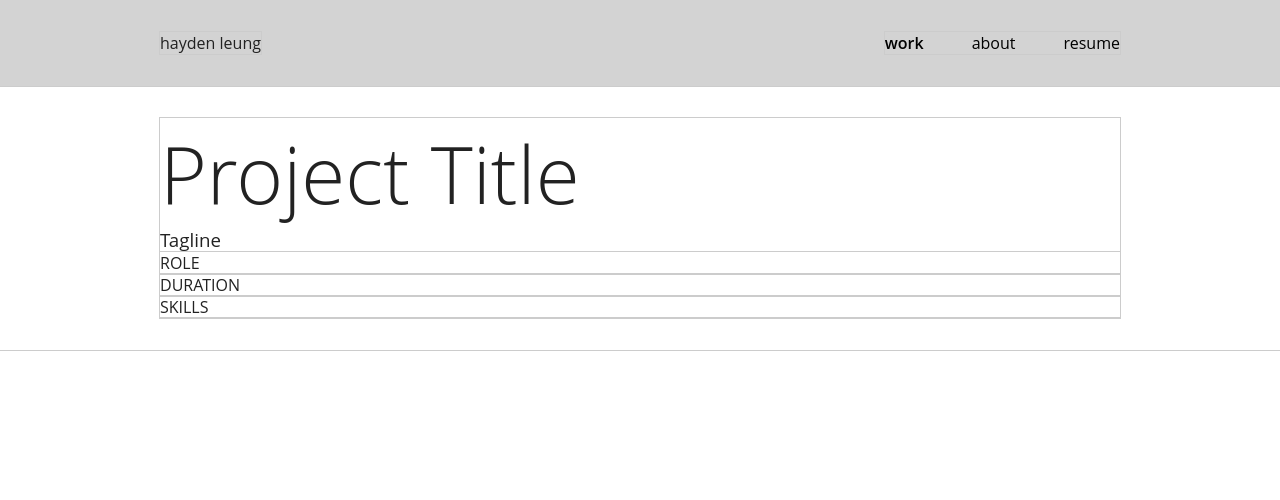
Repository: Haydenleung/Artifact
Page: /
The author's editor kept a copy of each file at every save. The page is drawn from the files as they stood at one save, then again after a run of saves.
The browser window is 1280 px wide. The pictures show the whole page.
The project was rebuilt for these pictures with package versions that can differ from the ones it lists, and the page was loaded fresh each time. The framework's server and built-in components were replaced by stand-ins that run in the browser. Also part of the build but not shown: next.config.mjs.

Above is the page before, as saved 2024-01-28 23:51:27.

### src/pages/index.tsx
import Image from "next/image";
import Navbar from "@/components/Navbar";
import CaseStudy from "@/components/CaseStudy";

export default function Home() {
  return (
    <main className={"page"}>
      <Navbar />
      <div className={"caseStudy"}>
        <CaseStudy />
      </div>
    </main>
  )
}

### src/styles/globals.css
/* ==========================================================================
    [Table of contents]

    1. BASE
        1.1 Page Rendering Defaults
        1.2 Core Styling
        1.3 Typography
    2. LAYOUT
        2.1 Core Layout
        2.2 Small only
        2.3 medium and up
        2.4 Medium only
        2.5 large screens and up
    3. UTILITY classes
    4. PRINT

    ========================================================================== */

/* ==========================================================================
   BASE
   ========================================================================== */

/* 1.1 Page Rendering Defaults */

html {
  color: #222;
  font-size: 1em;
}

::-moz-selection {
  background: #b3d4fc;
  text-shadow: none;
}

::selection {
  background: #b3d4fc;
  text-shadow: none;
}

audio,
canvas,
iframe,
i,
img,
svg,
video {
  vertical-align: middle;
}

fieldset {
  border: 0;
  margin: 0;
  padding: 0;
}

textarea {
  resize: vertical;
}

/* 1.2 Core Styling */

/* refer to https://css-tricks.com/box-sizing/ */

*,
*:before,
*:after {
  box-sizing: border-box;
}

img {
  width: 100%;
}

/* 1.3 Typgraphy */

@import url('https://fonts.googleapis.com/css2?family=Open+Sans:ital,wght@0,300;0,400;0,500;0,600;0,700;0,800;1,300;1,400;1,500;1,600;1,700;1,800&display=swap');

h1,
h2,
h3,
h4,
h5,
h6 {
  font-weight: 400;
  /* text-align: center; */
  margin: 0;
}

h1 {
  font-size: 60pt;
  font-weight: 200;
}

h2 {
  font-size: 16pt;
}

h4 {
  font-size: 9pt;
}

h5 {
  font-size: 8pt;
}

* {
  font-family: 'Open Sans', sans-serif;
}


/* ==========================================================================
 2. LAYOUT
 ========================================================================== */

/* Helper to display empty layout containers*/

div,
main,
section,
footer,
header {
  outline: 1px solid #ccc;
}

body {
  padding: 0;
  margin: 0;
}

/* 2.1 Core layout */

.row {
  display: grid;
  row-gap: 1rem;
}

.col {
  position: relative;
}

.page {
  display: flex;
  flex-direction: column;
  justify-content: center;
  align-items: center;
}

.caseStudy {
  width: 100%;
  padding: 2rem 10rem;
}

/* Navbar */

/* 2.2 Small only */

@media screen and (max-width: 39.9375em) {}

/* 2.3 medium and up */

@media screen and (min-width: 40em) {}

/* 2.4 Medium only */

@media screen and (min-width: 40em) and (max-width: 63.9375em) {}

/* 2.5 large screens and up 2.6 Large only */

/* @media screen and (min-width: 64em) {

} */

### src/components/Navbar/index.tsx
import styles from './navbar.module.css'
import Image from 'next/image'
import Link from 'next/link'
import { useState } from 'react'

export default function Navbar() {

    const [isPage, setIsPage] = useState("Work");

    return (
        <div className={styles.container}>
            <div className={styles.logo}>hayden leung</div>
            <div className={styles.pages}>
                <Link href="/" className={isPage === "Work" ? styles.bold : styles.normal}>work</Link>
                <Link href="/" className={isPage === "about" ? styles.bold : styles.normal}>about</Link>
                <Link href="/" className={isPage === "resume" ? styles.bold : styles.normal}>resume</Link>
            </div>
        </div>
    )
}

### src/components/CaseStudy/index.tsx
export default function CaseStudy() {
    return (
        <div className={"project"}>
            <div className={"titleSection"}>
                <h1 className={"projetTitle"}>Project Title</h1>
                <h3 className={"projectTagline"}>Tagline</h3>
                <div className={"projectInfo"}>
                    <div>ROLE</div>
                    <div>DURATION</div>
                    <div>SKILLS</div>
                </div>
            </div>
            <div className={""}>

            </div>
        </div>
    )
}

### src/components/Navbar/navbar.module.css
.container {
    background-color: lightgrey;
    padding: 0.5rem;
    width: 100%;
    padding: 2rem 10rem;
    display: flex;
    flex-direction: row;
    justify-content: space-between;
    position: sticky;
    min-height: 44px;
}

.logo {}

.pages {
    display: flex;
    flex-direction: row;
    gap: 3rem;
}

.bold {
    font-weight: 600;
    color: black;
    text-decoration: none;
}

.normal {
    color: black;
    text-decoration: none;
}

Loaded but not shown: src/pages/_app.tsx (common file); src/pages/_document.tsx (common file); src/pages/api/hello.ts (common file)

After the next 2 saves:
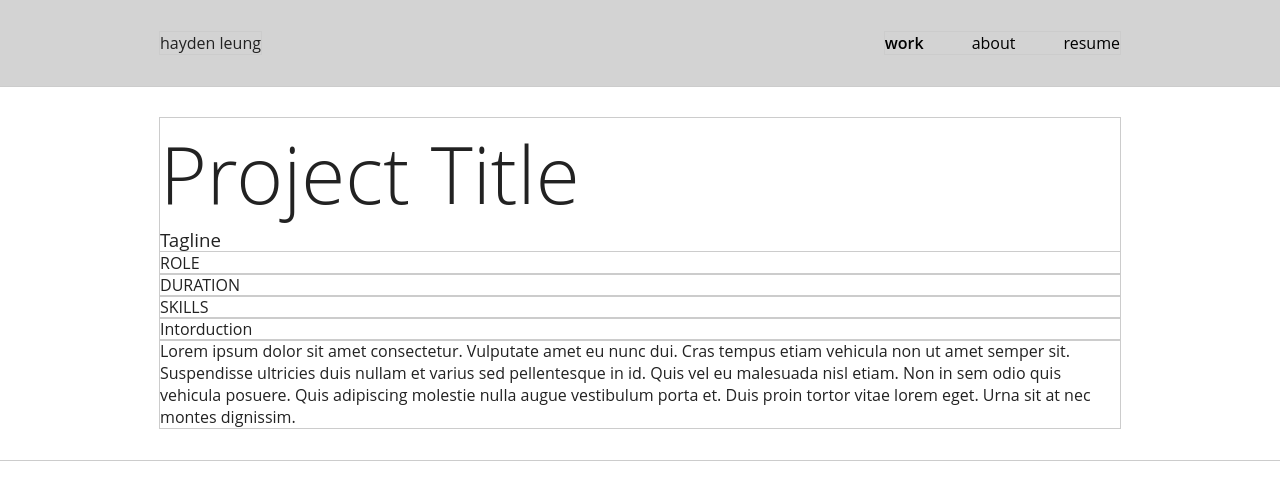
The 2 saves are shown as one change because they came seconds apart.
The last was saved 43 s later.
--- a/src/components/CaseStudy/index.tsx
+++ b/src/components/CaseStudy/index.tsx
@@ -10,8 +10,9 @@ export default function CaseStudy() {
                     <div>SKILLS</div>
                 </div>
             </div>
-            <div className={""}>
-
+            <div className={"introduction"}>
+                <div className={"introTitle"}>Intorduction</div>
+                <div className={"introBody"}>Lorem ipsum dolor sit amet consectetur. Vulputate amet eu nunc dui. Cras tempus etiam vehicula non ut amet semper sit. Suspendisse ultricies duis nullam et varius sed pellentesque in id. Quis vel eu malesuada nisl etiam. Non in sem odio quis vehicula posuere. Quis adipiscing molestie nulla augue vestibulum porta et. Duis proin tortor vitae lorem eget. Urna sit at nec montes dignissim.</div>
             </div>
         </div>
     )
